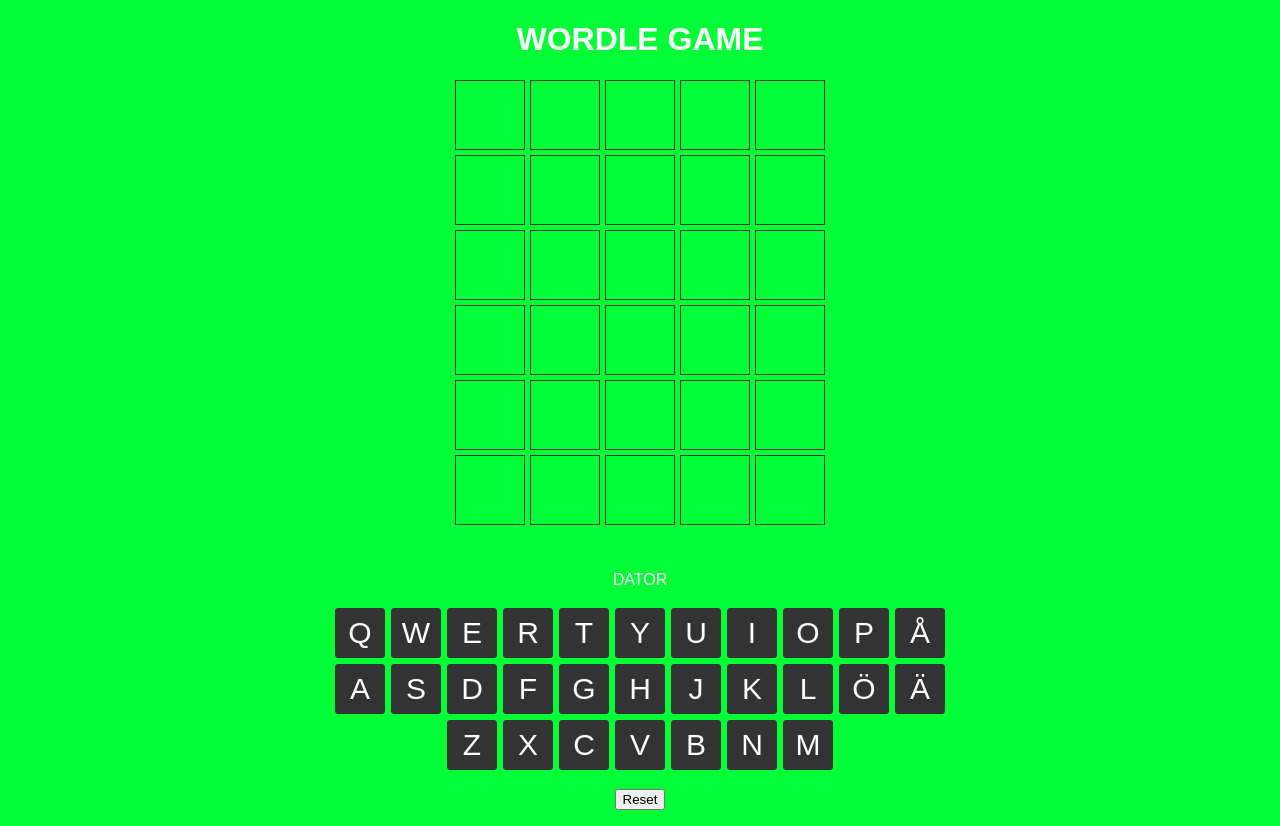
Repository: KarimIsaac/WorldeGame
Page: index.html
An editor plug-in stored every save of this project. The page is shown before and after the next save, followed by the edit.
The browser window is 1280 px wide. The pictures show the whole page.

Above is the page before, as saved 2022-03-13 07:01:18.

After the next save:
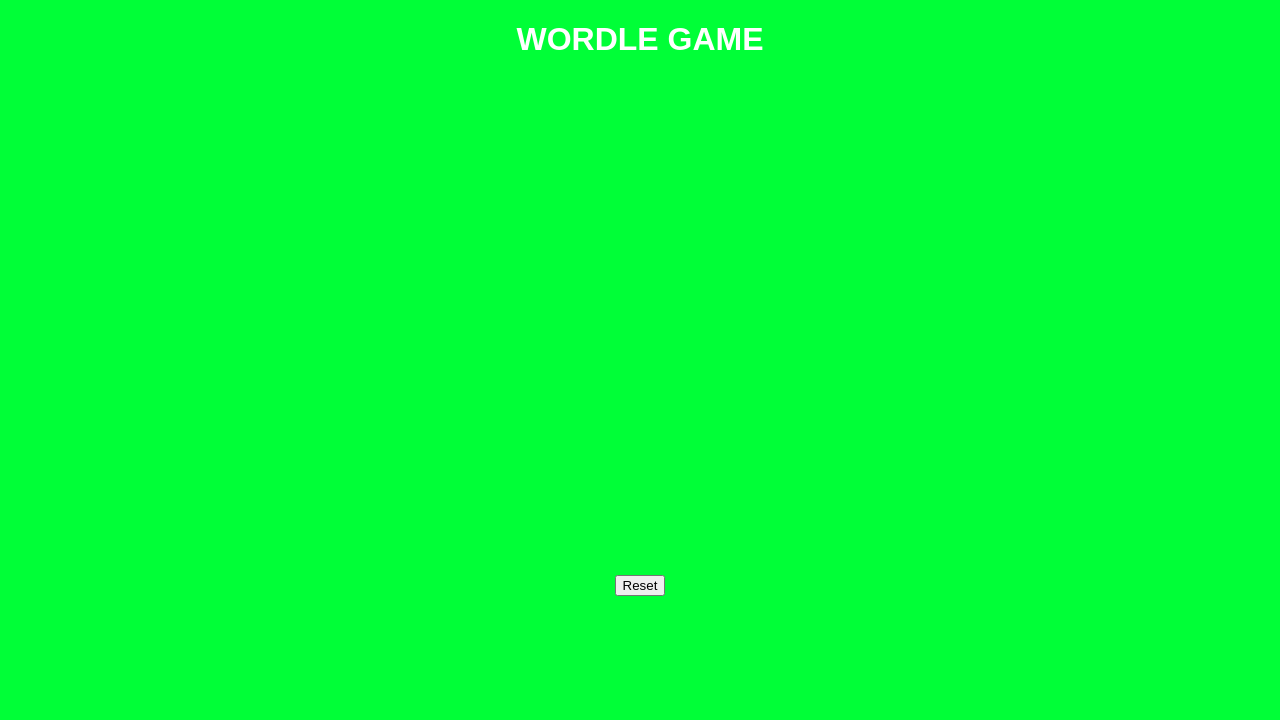
Console error: TypeError: Cannot set properties of null (setting 'textContent')
Saved 11 s later.
--- a/index.html
+++ b/index.html
@@ -11,7 +11,7 @@
 
     <h1>Wordle Game</h1>
     <div id="grid"></div>
-    <p id="answer"></p>
+
     <div id="keyboard"></div>
 
     <p>

After the save that followed:
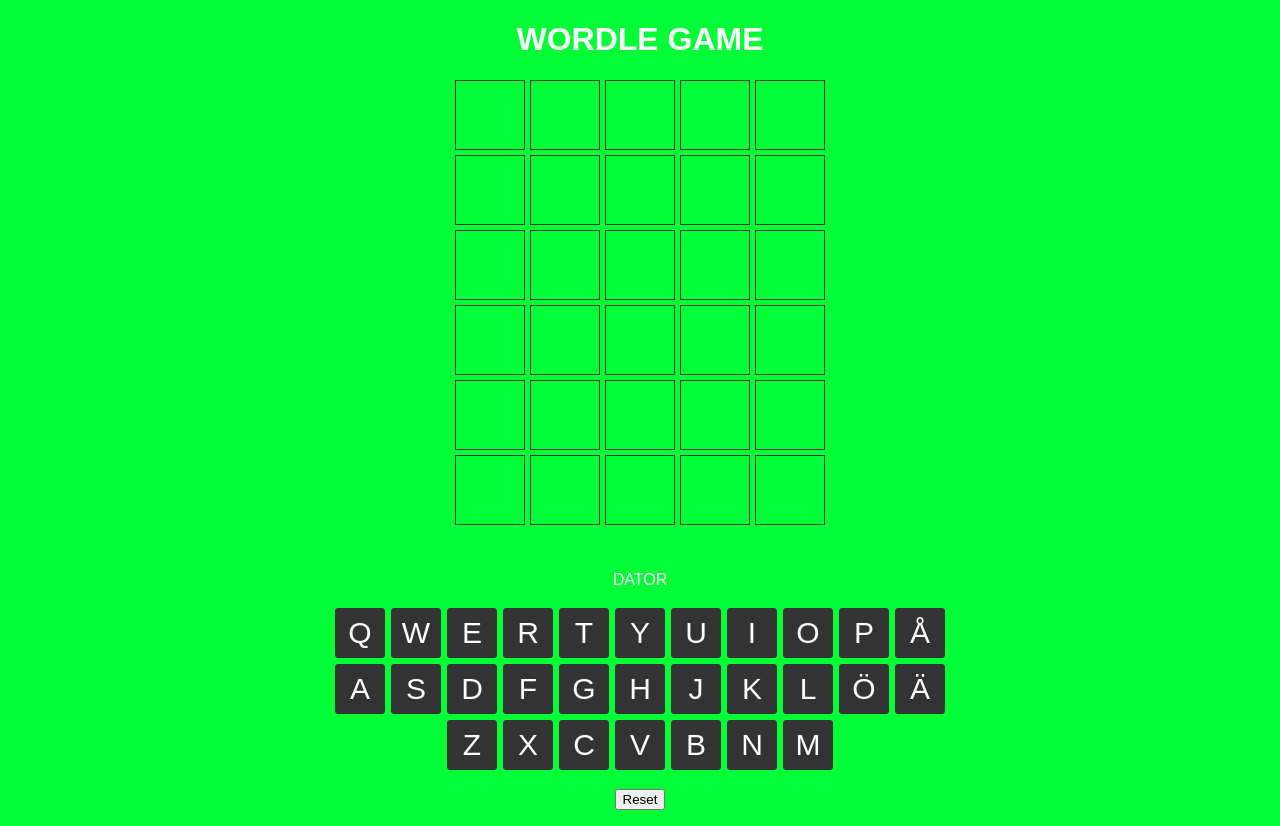
The error is gone.
Saved 8 s later.
--- a/index.html
+++ b/index.html
@@ -11,7 +11,7 @@
 
     <h1>Wordle Game</h1>
     <div id="grid"></div>
-
+    <p id="answer"></p>
     <div id="keyboard"></div>
 
     <p>
